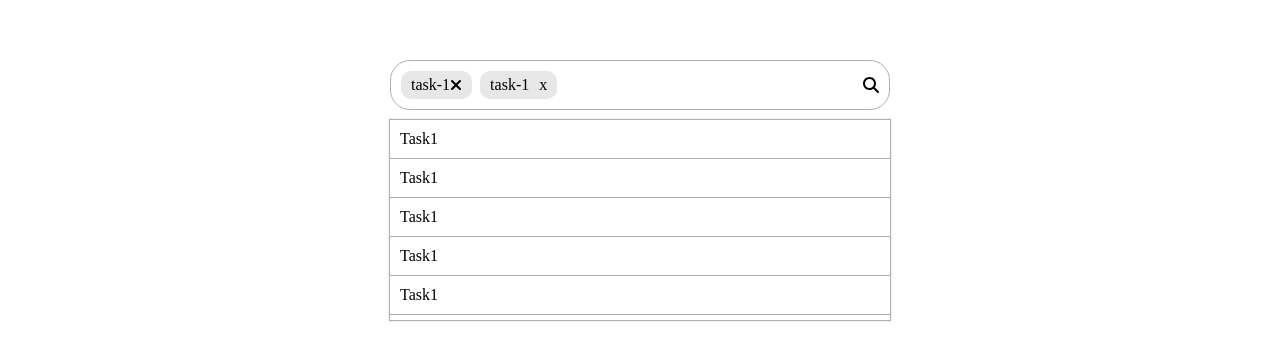
Repository: OkazakiTruong/selectOption
Page: /
These files come from the project's save history. The page is drawn as it stood at one moment and after the next save; the edit follows.
The browser window is 1280 px wide. The pictures show the whole page.
The project was rebuilt for these pictures with package versions that can differ from the ones it lists, and the page was loaded fresh each time. Also part of the build but not shown: vite.config.js.

Above is the page before, as saved 2024-01-17 22:18:11.

After the next save:
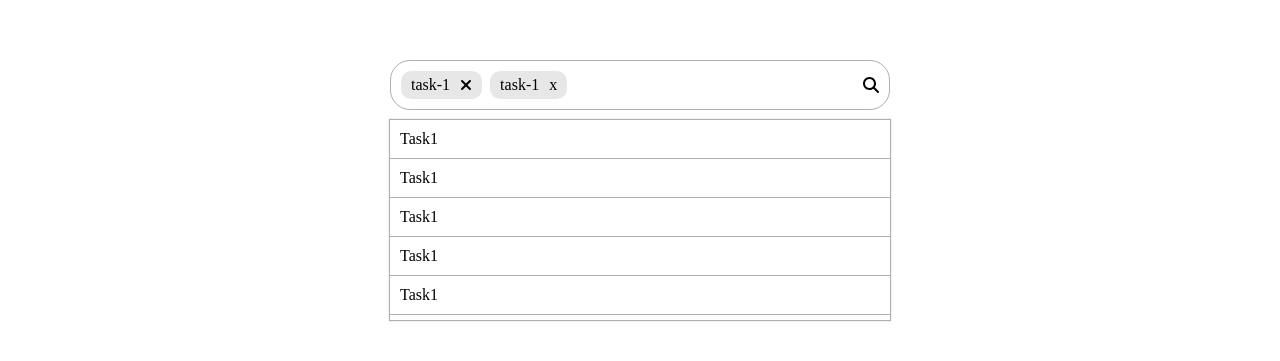
Saved 15 s later.
--- a/src/SelectBox/SelectBox.jsx
+++ b/src/SelectBox/SelectBox.jsx
@@ -22,7 +22,7 @@ export const SelectBox = () => {
       <div className="select-input" ref={selectInputRef} onClick={handleClick}>
         <div className="select-item">
           <span>task-1</span>
-          <FontAwesomeIcon icon={faXmark} className="close-icon" />
+          <FontAwesomeIcon icon={faXmark} className="btn-delete" />
         </div>
         <div className="select-item">
           <span>task-1</span>
